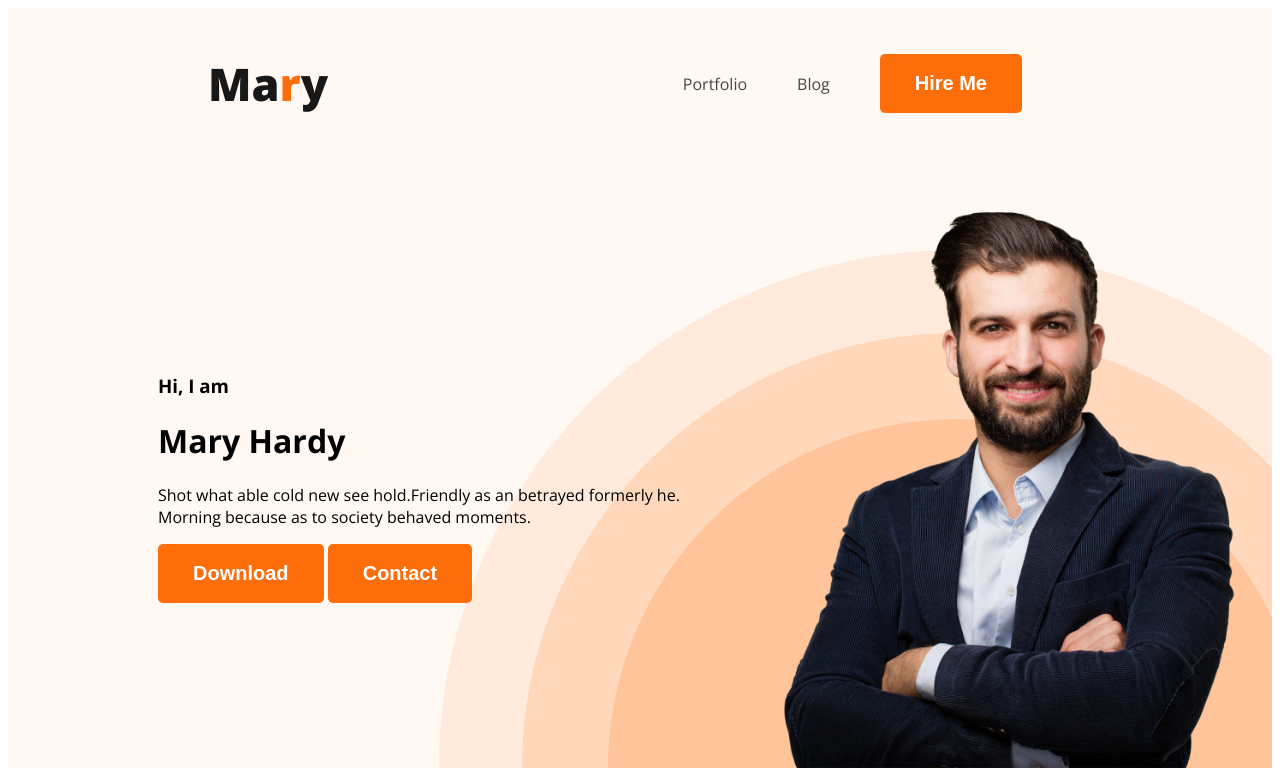
Repository: ShouravAhammed/Simple-Portfolio-Webpage
Page: index.html
The author's editor kept a copy of each file at every save. The page is drawn from the files as they stood at one save, then again after the next save.
The browser window is 1280 px wide. The pictures show the whole page.

Above is the page before, as saved 2024-01-06 00:47:51.

After the next save:
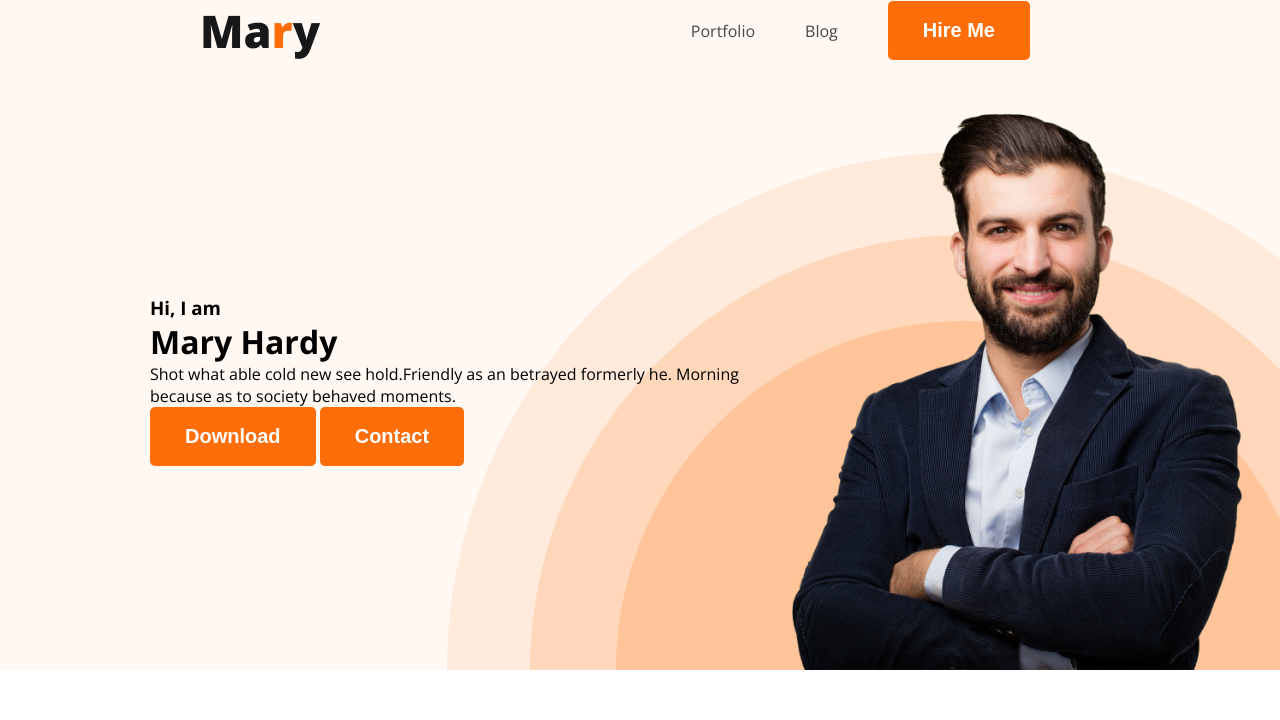
Saved 71 s later.
--- a/index.css
+++ b/index.css
@@ -1,6 +1,11 @@
 @import url('https://fonts.googleapis.com/css2?family=Lato:ital,wght@0,100;0,300;0,400;0,700;0,900;1,100;1,300;1,400;1,700;1,900&display=swap');
 @import url('https://fonts.googleapis.com/css2?family=Open+Sans:ital,wght@0,300;0,400;0,500;0,600;0,700;0,800;1,300;1,400;1,500;1,600;1,700;1,800&display=swap');
 /* google fonts import */
+*{
+    margin: 0;
+    padding: 0;
+    outline: 0;
+}
 ul, ol{
     list-style: none;
 }

After the save that followed:
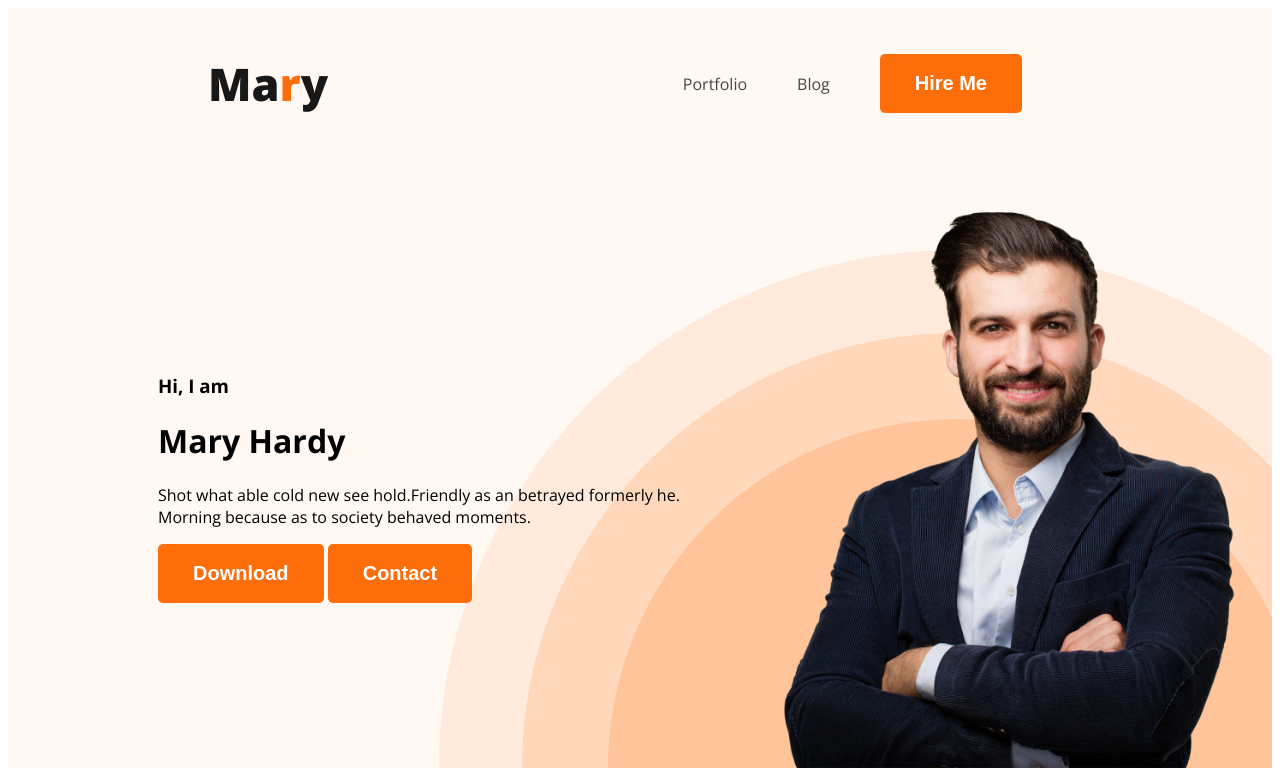
Saved 30 s later.
--- a/index.css
+++ b/index.css
@@ -1,11 +1,11 @@
 @import url('https://fonts.googleapis.com/css2?family=Lato:ital,wght@0,100;0,300;0,400;0,700;0,900;1,100;1,300;1,400;1,700;1,900&display=swap');
 @import url('https://fonts.googleapis.com/css2?family=Open+Sans:ital,wght@0,300;0,400;0,500;0,600;0,700;0,800;1,300;1,400;1,500;1,600;1,700;1,800&display=swap');
 /* google fonts import */
-*{
+/* *{
     margin: 0;
     padding: 0;
     outline: 0;
-}
+} */
 ul, ol{
     list-style: none;
 }
